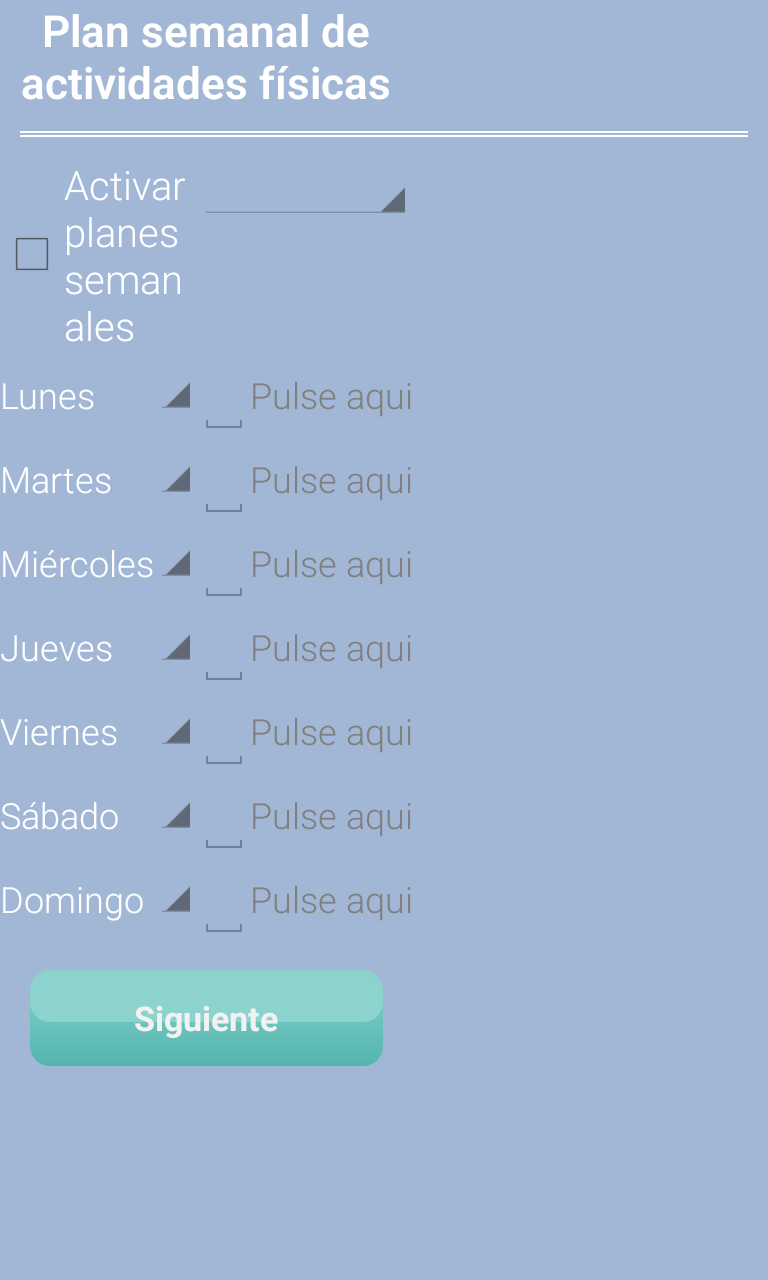
Repository: HectorGarciaMiguel/ssii-diabetes-060036
Layout: SeguimientoDiabetes/res/layout/activity_configuracion3.xml
An editor plug-in stored every save of this project. The layout is shown before and after the next save, followed by the edit.
It is drawn on a 768 x 1280 px phone screen (xhdpi) without system bars, with theme AppTheme; the app's code is not run.

Above is the layout before, as saved 2015-11-19 20:13:24.

After the next save:
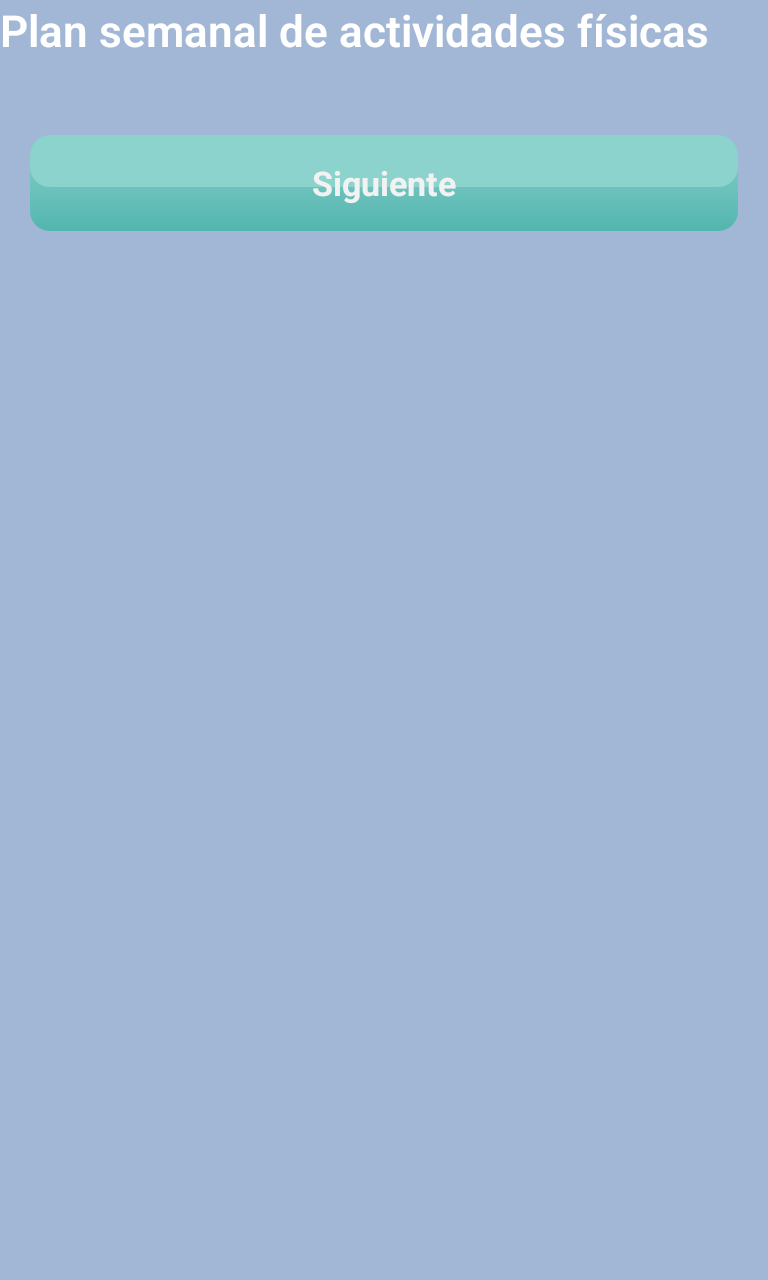
Saved 3 min 9 s later.
--- a/SeguimientoDiabetes/res/layout/activity_configuracion3.xml
+++ b/SeguimientoDiabetes/res/layout/activity_configuracion3.xml
@@ -1,21 +1,25 @@
-<TableLayout xmlns:android="http://schemas.android.com/apk/res/android"
+<LinearLayout xmlns:android="http://schemas.android.com/apk/res/android"
     xmlns:tools="http://schemas.android.com/tools"
-    android:layout_width="match_parent"
-    android:layout_height="match_parent"
-    android:layout_margin="3dp"
-    android:shrinkColumns ="*"
+    android:layout_width="fill_parent"
+    android:layout_height="fill_parent"
+    android:orientation="vertical"
+    android:layout_margin="5dp"
     tools:context=".Configuracion3Activity" >
 
-    <TableRow>
+    <LinearLayout
+        android:layout_width="fill_parent"
+        android:layout_height="wrap_content"
+        android:orientation="horizontal">
 
         <TextView
             android:id="@+id/textView1"
-            android:layout_span="4"
-            android:gravity="center_vertical|center_horizontal"
+            android:layout_width="wrap_content"
+            android:layout_height="wrap_content"
+            android:gravity="center_horizontal"
             android:text="Plan semanal de actividades físicas"
            	style="@style/RobotoStyleTextViewNegrita" />
 
-    </TableRow>
+    </LinearLayout>
 
           <View
     		android:layout_height="1dp"
@@ -31,7 +35,10 @@
     		android:layout_marginBottom="10dp"
     		android:background="#FFFFFF"/>
 
-    <TableRow>
+    <LinearLayout
+        android:layout_width="fill_parent"
+        android:layout_height="wrap_content"
+        android:orientation="horizontal">
 
         <CheckBox
             android:id="@+id/checkBox1"
@@ -43,9 +50,12 @@
             android:id="@+id/spinner1"
             android:layout_span="2"/>
 
-    </TableRow>
-
-    <TableRow >
+    </LinearLayout>
+
+    <LinearLayout
+        android:layout_width="fill_parent"
+        android:layout_height="wrap_content"
+        android:orientation="horizontal">
 
         <TextView
             android:id="@+id/textView2"
@@ -66,9 +76,12 @@
             android:inputType="time"
             android:onClick="showDialog(TIME_DIALOG_ID)" />
 
-    </TableRow>
-
-    <TableRow>
+    </LinearLayout>
+
+    <LinearLayout
+        android:layout_width="fill_parent"
+        android:layout_height="wrap_content"
+        android:orientation="horizontal">
 
         <TextView
             android:id="@+id/textView4"
@@ -87,9 +100,12 @@
             android:inputType="time"
             android:onClick="showDialog(TIME_DIALOG_ID)"/>
 
-    </TableRow>
-
-    <TableRow>
+    </LinearLayout>
+
+    <LinearLayout
+        android:layout_width="fill_parent"
+        android:layout_height="wrap_content"
+        android:orientation="horizontal">
 
         <TextView
             android:id="@+id/textView6"
@@ -108,9 +124,12 @@
             android:inputType="time"
             android:onClick="showDialog(TIME_DIALOG_ID)"/>
 
-    </TableRow>
-
-    <TableRow>
+    </LinearLayout>
+
+    <LinearLayout
+        android:layout_width="fill_parent"
+        android:layout_height="wrap_content"
+        android:orientation="horizontal">
 
         <TextView
             android:id="@+id/textView8"
@@ -129,10 +148,12 @@
             android:inputType="time"
             android:onClick="showDialog(TIME_DIALOG_ID)"/>
 
-    </TableRow>
-
-    <TableRow
-        android:id="@+id/tableRow7" >
+    </LinearLayout>
+
+    <LinearLayout
+        android:layout_width="fill_parent"
+        android:layout_height="wrap_content"
+        android:orientation="horizontal" >
 
         <TextView
             android:id="@+id/textView10"
@@ -151,9 +172,12 @@
             android:inputType="time"
             android:onClick="showDialog(TIME_DIALOG_ID)"/>
 
-    </TableRow>
-
-    <TableRow>
+    </LinearLayout>
+
+    <LinearLayout
+        android:layout_width="fill_parent"
+        android:layout_height="wrap_content"
+        android:orientation="horizontal">
 
         <TextView
             android:id="@+id/textView12"
@@ -172,9 +196,12 @@
             android:inputType="time"
             android:onClick="showDialog(TIME_DIALOG_ID)"/>
 
-    </TableRow>
-
-    <TableRow>
+    </LinearLayout>
+
+    <LinearLayout
+        android:layout_width="fill_parent"
+        android:layout_height="wrap_content"
+        android:orientation="horizontal">
 
         <TextView
             android:id="@+id/textView14"
@@ -193,9 +220,12 @@
             android:inputType="time"
             android:onClick="showDialog(TIME_DIALOG_ID)"/>
 
-    </TableRow>
-
-    <TableRow>
+    </LinearLayout>
+
+    <LinearLayout
+        android:layout_width="fill_parent"
+        android:layout_height="wrap_content"
+        android:orientation="horizontal">
 
         <Button
             android:id="@+id/button1"
@@ -205,6 +235,6 @@
             android:onClick="lanzarConfiguracion4"
             android:text="Siguiente" />
 
-    </TableRow>
-
-</TableLayout>
+    </LinearLayout>
+
+</LinearLayout>
